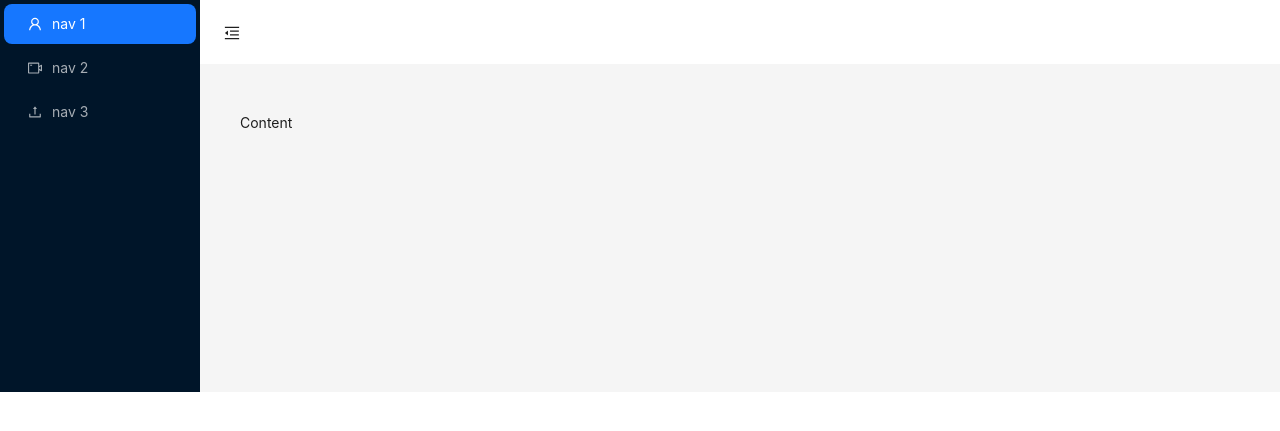
Repository: Ducbii4202/Inter-Management
Page: / (app in managament-system/)
These files come from the project's save history. The page is drawn as it stood at one moment and after the next save; the edit follows.
The browser window is 1280 px wide. The pictures show the whole page.
The project was rebuilt for these pictures with package versions that can differ from the ones it lists, and the page was loaded fresh each time. Also part of the build but not shown: managament-system/vite.config.js.

Above is the page before, as saved 2023-12-26 01:17:35.

After the next save:
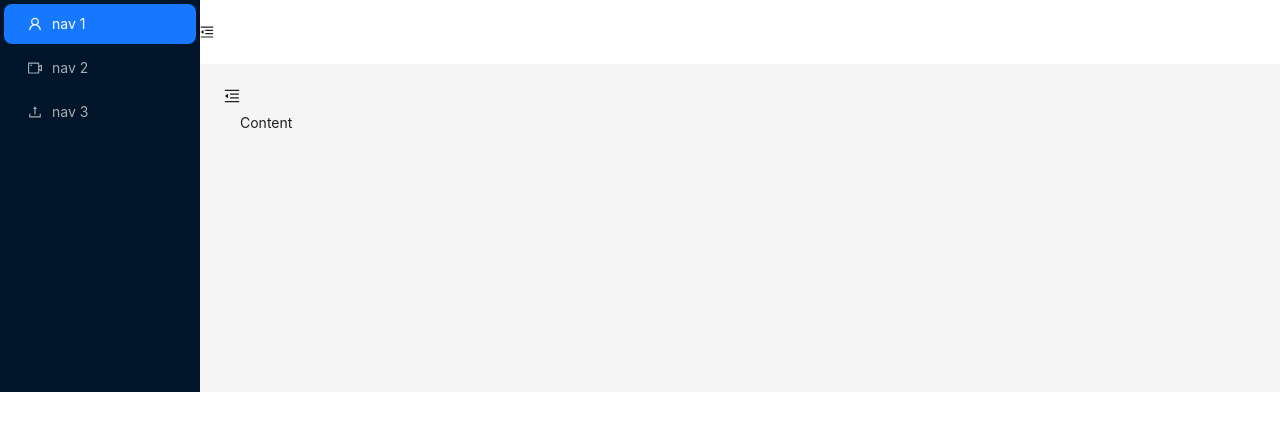
Saved 6 min 33 s later.
--- a/managament-system/src/component/DashboardPage.jsx
+++ b/managament-system/src/component/DashboardPage.jsx
@@ -1,5 +1,5 @@
 // import React from "react";
-import { useState } from "react";
+import React, { useState } from "react";
 import "./DashboardPage.css";
 import {
   MenuFoldOutlined,
@@ -44,8 +44,15 @@ function DashboardPage() {
         <Layout className="site-layout">
           <Header className="site-layout-backgound">
             <Row>
-              <Col md={18}></Col>
-              <Col md={6}></Col>
+              <Col md={18}>
+                {React.createElement(
+                  collapsed ? MenuUnfoldOutlined : MenuFoldOutlined,
+                  {
+                    className: "trigger",
+                    onClick: () => setCollapsed(!collapsed),
+                  }
+                )}
+              </Col>
             </Row>
             <Button
               type="text"
